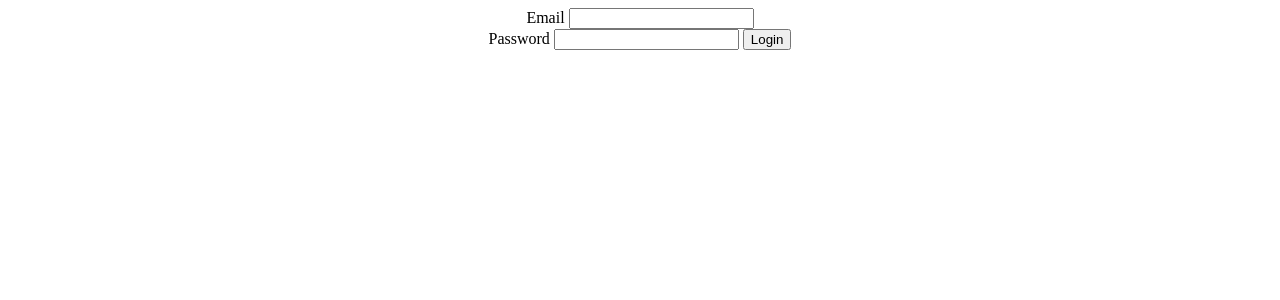
Repository: sachinkolhe43/dmc_code
Page: adt__/VendorNAdmin/src/main/resources/static/login.html
These files come from the project's save history. The page is drawn as it stood at one moment and after the next save; the edit follows.
The browser window is 1280 px wide. The pictures show the whole page.

Above is the page before, as saved 2023-05-28 07:13:41.

After the next save:
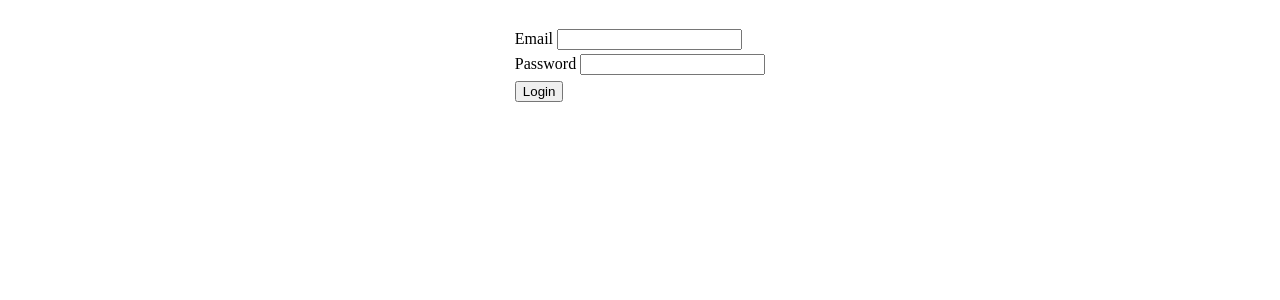
Saved 6 min 3 s later.
--- a/adt__/VendorNAdmin/src/main/resources/static/login.html
+++ b/adt__/VendorNAdmin/src/main/resources/static/login.html
@@ -3,14 +3,23 @@
 <head>
 <meta charset="UTF-8">
 <title>Insert title here</title>
+
 </head>
 <body>
-<div align="center" border="1" width="50%">
-<form action="login" method="post">
-Email <input type="text" name="email"><br>
-Password <input type="password" name="password">
-<button type="submit">Login</button>
-</form>
-</div>
+	<div align="center">
+		<form action="login" method="post">
+		<table>
+		<tr>
+			<td>Email <input type="text" name="email"></td><br>
+		</tr>
+		<tr>
+			<td>Password <input type="password" name="password"></td>
+		<tr>
+		<tr>
+			<td><button type="submit">Login</button></td>
+		</tr>
+		</table>
+		</form>
+	</div>
 </body>
 </html>
